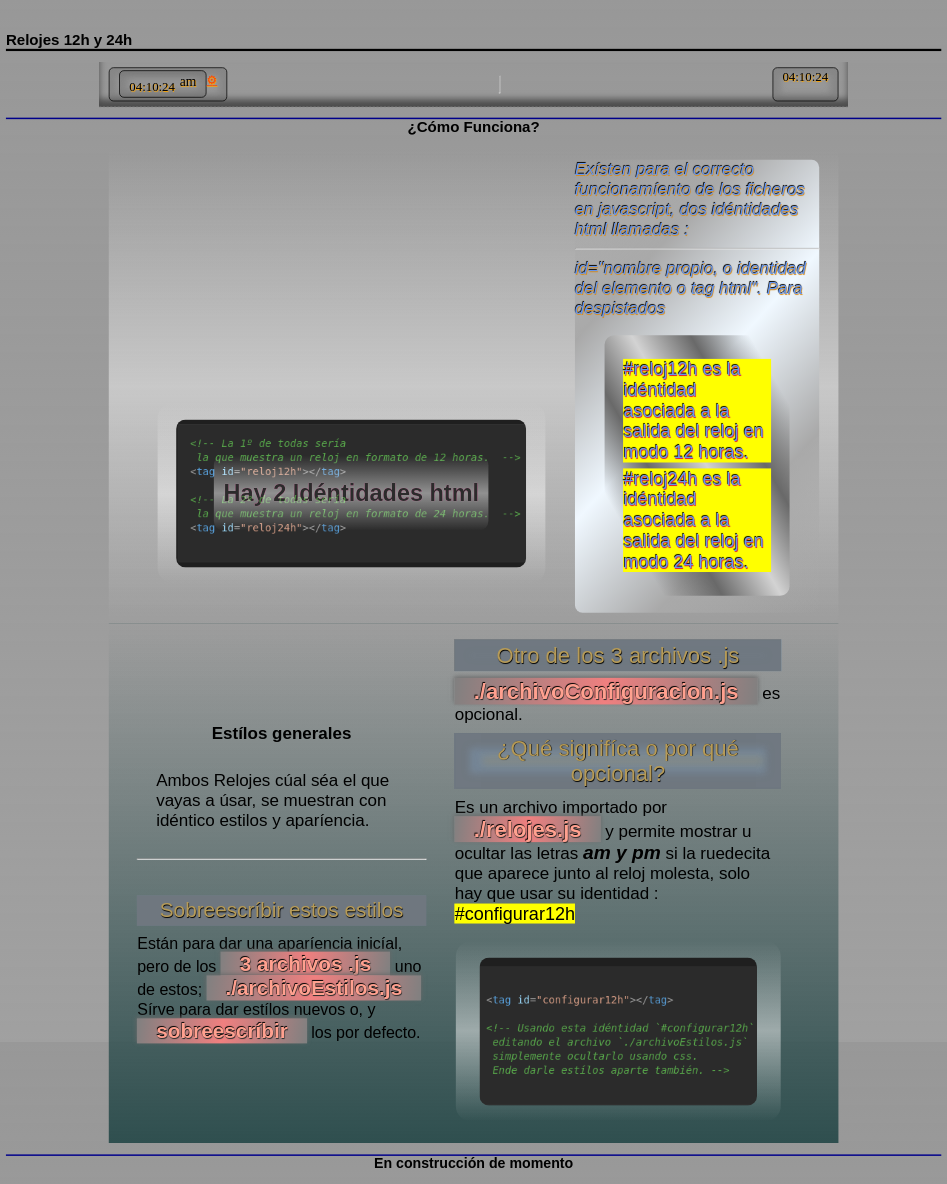
Repository: marcostonfor/clocks
Page: index.html
The author's editor kept a copy of each file at every save. The page is drawn from the files as they stood at one save, then again after the next save.
The browser window is 1280 px wide. The pictures show the whole page, at 74% of full size.
Some web fonts or font styles are not loaded; a fallback is used.

Above is the page before, as saved 2024-09-19 04:21:28.

After the next save:
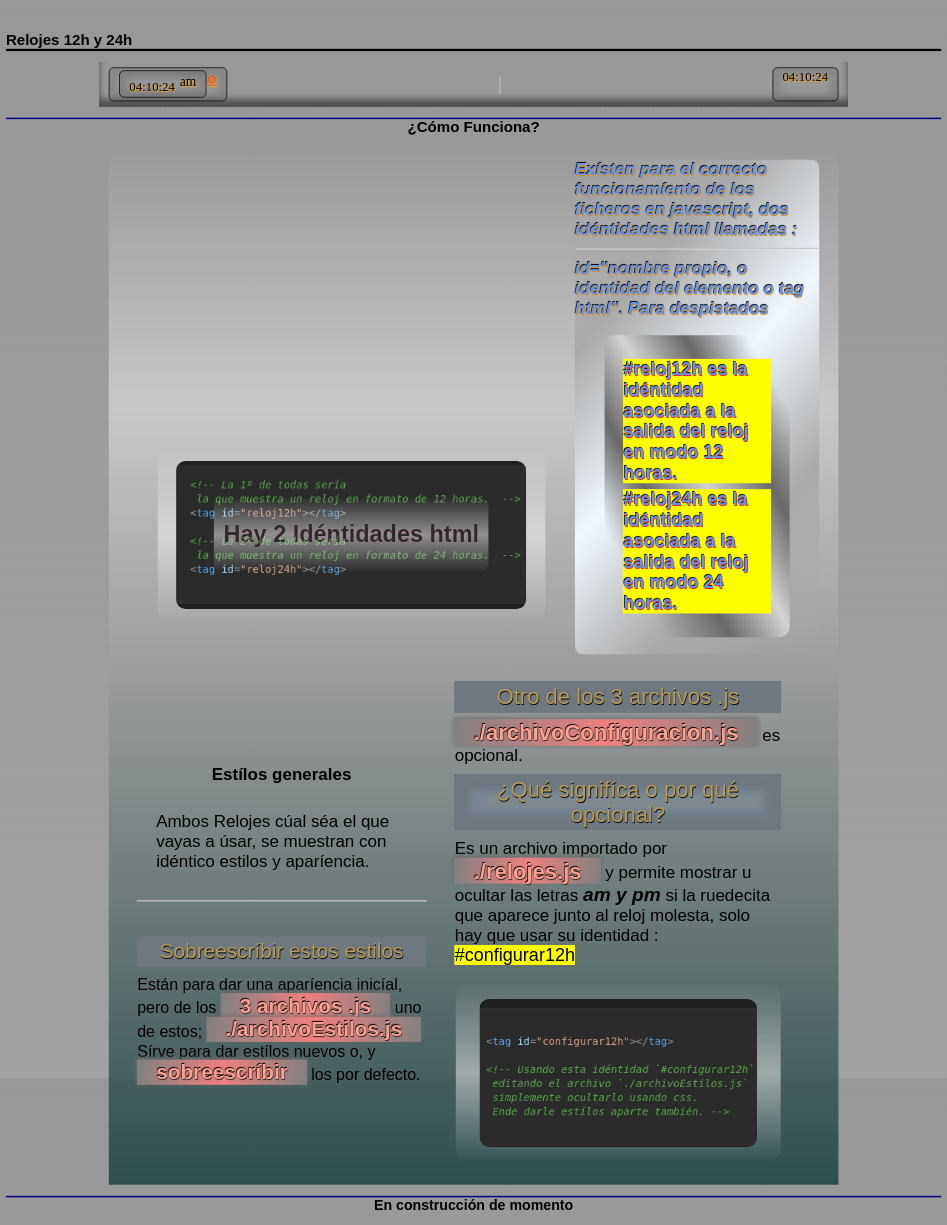
Saved 10 s later.
--- a/index.html
+++ b/index.html
@@ -105,7 +105,7 @@
             width: fit-content;
             height: auto;
             color: cornflowerblue;
-            font-weight: ;
+            font-weight: bold;
             text-shadow: 0.1vh 0.1vw 1px rgb(220, 140, 20), -0.1vh -0.1vw 1px hsl(0, 0%, 0%);
             background-image: repeating-linear-gradient(132deg, transparent, darkgray, aliceblue, darkgray, transparent);
             border-radius: 0.8vw;
